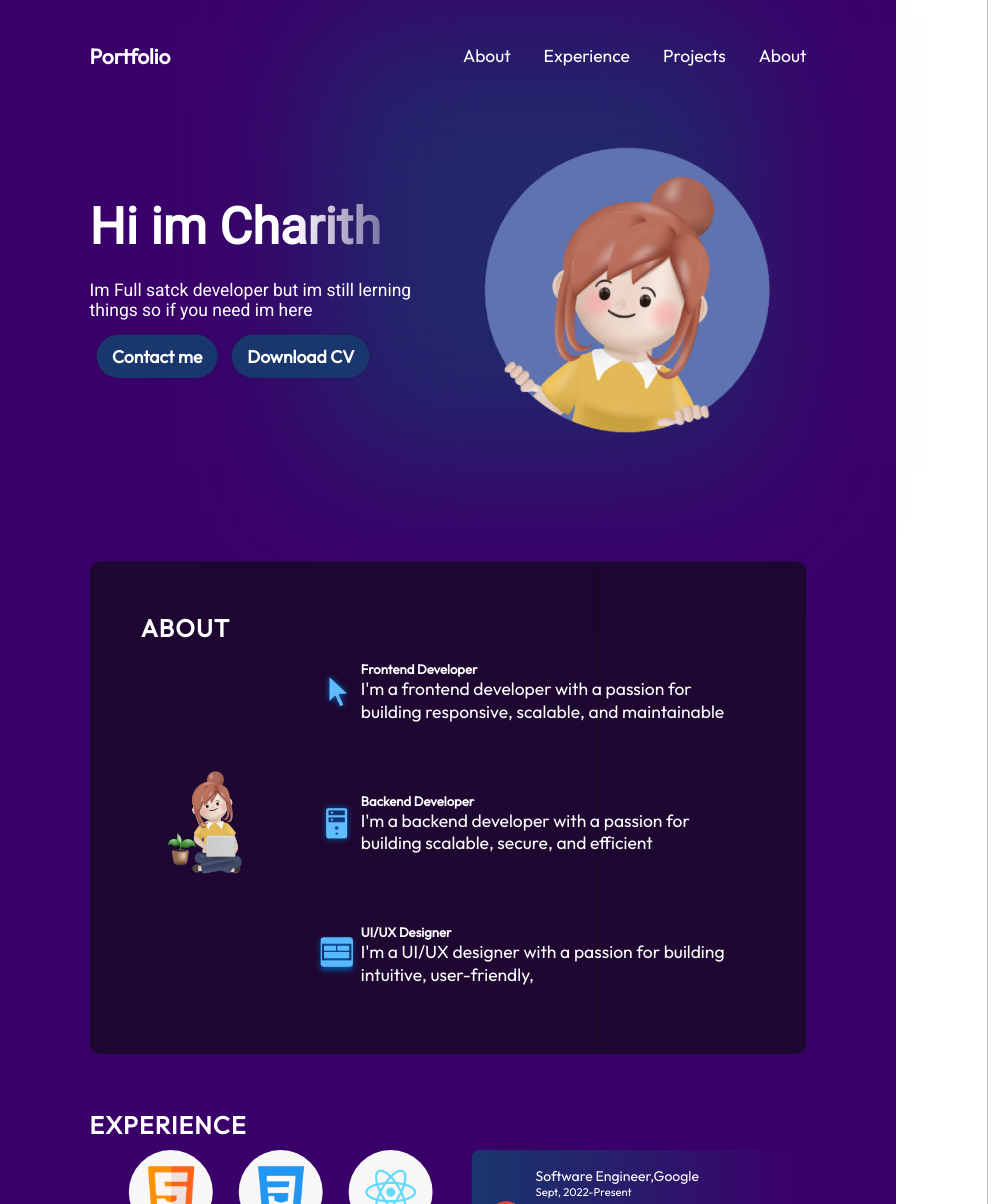
Repository: Charith117/react_portfolio
Page: / (app in react-portfolio/)
An editor plug-in stored every save of this project. The page is shown before and after a run of saves, followed by the edit.
The browser window is 1280 px wide. The page is 1411 px wide, then 1431 px, so the pictures cover 1431 px, including what lies to the right of the window. The pictures show the part of the page from y = 0 to 1720 px (the page is 2733 px tall), at 70% of full size.
The project was rebuilt for these pictures with package versions that can differ from the ones it lists, and the page was loaded fresh each time. Also part of the build but not shown: react-portfolio/vite.config.js.

Above is the page before, as saved 2024-06-17 21:03:04.

### react-portfolio/index.html
<!doctype html>
<html lang="en">
  <head>
    <meta charset="UTF-8" />
    <link rel="icon" type="image/svg+xml" href="/vite.svg" />
    <meta name="viewport" content="width=device-width, initial-scale=1.0" />
    <title>My portfolio</title>
  </head>
  <body>
    <div id="root"></div>
    <script type="module" src="/src/main.jsx"></script>
  </body>
</html>

### react-portfolio/src/main.jsx
import React from 'react'
import ReactDOM from 'react-dom/client'
import App from './App.jsx'
import './index.css'
import "@fontsource/outfit"
import "@fontsource/roboto"
ReactDOM.createRoot(document.getElementById('root')).render(
  <React.StrictMode>
    <App />
  </React.StrictMode>,
)

### react-portfolio/src/App.jsx
import styles from "./App.module.css"
import About from "./components/About/About"
import Experience from "./components/Experience/Experience"
import Hero from "./components/Hero/Hero"
import Navbar from "./components/Navbar/Navbar"
import { Projects } from "./components/Projects/Projects"
function App() {


  return (
    <>
      <div className={styles.App}>
        <Navbar />
        <Hero/>
        <About/>
        <Experience/>
        <Projects/>
      </div>
    </>
  )
}

export default App

### react-portfolio/src/index.css
*{
  box-sizing: border-box;
  margin: 0;
  padding: 0;
  font-family: "outfit",Arial,Helvetica,sans-serif;
}
html{
  scroll-behavior: smooth;
}

### react-portfolio/src/App.module.css
@import "./var.css";

.App{
    background-color:var(--color-bg);
    width: 100%;
    height: 100%;

}

### react-portfolio/src/components/About/About.jsx
import React from 'react'
import styles from "./About.module.css"
import {getImageUrl} from "../../util";

const About = () => {
  return (
    <section className={styles.container}id='about'>
        <h2 className={styles.title}>about</h2>
        <div className={styles.content}>
            <img className={styles.aboutImage} src={getImageUrl("about/aboutImage.png")} alt="mMe sitting with the laptop" />
            <ul className={styles.aboutItems}>
                <li className={styles.aboutItem}>
                    <img src={getImageUrl("about/cursorIcon.png")} alt="cursor icon" />
                    <div className={styles.aboutItemText}>
                        <h3>Frontend Developer</h3>
                        <p>I'm a frontend developer with a passion for building responsive, scalable, and maintainable</p>
                    </div>
                </li>

                <li className={styles.aboutItem} >
                    <img src={getImageUrl("about/serverIcon.png")} alt="cursor icon" />
                    <div className={styles.aboutItemText}>
                        <h3>Backend Developer</h3>
                        <p>I'm a backend developer with a passion for building scalable, secure, and efficient</p>

                    </div>
                </li>

                <li className={styles.aboutItem}>
                    <img src={getImageUrl("about/uiIcon.png")} alt="cursor icon" />
                    <div className={styles.aboutItemText}>
                        <h3>UI/UX Designer</h3>
                        <p>I'm a UI/UX designer with a passion for building intuitive, user-friendly,</p>
                    </div>
                </li>
            </ul>
        </div>
    </section>
  )
}

export default About

### react-portfolio/src/components/Experience/Experience.jsx
import React from 'react'
import skills from "../../data/skills.json"
import history from "../../data/history.json"
import styles from "./Experience.module.css"
import { getImageUrl } from '../../util'
const Experience = () => {
  return (

    <section className={styles.container} id='experience'>
        <h2 className={styles.title}>Experience</h2>
        <div className={styles.content}>
            <div className={styles.skills}>
              { skills.map((skill, id)=>{
                    return (
                    <div key={id} className={styles.skill}>
                                <div className={styles.skillImageContainer}><img src={getImageUrl(skill.imageSrc)} alt={skill.title} />

                                </div>
                                <p>{skill.title}</p>
                         </div>

                         );
               })}
            </div>
            <ul className={styles.history}>
                {
                    history.map((historyItem,id)=>{
                        return <li key={id} className={styles.historyItem}>
                                <img src={getImageUrl(historyItem.imageSrc)}
                                alt={`${historyItem.organisation}Logo`} />

                                <div className={styles.historyItemDetails}>
                                    <h3>{`${historyItem.role},${historyItem.organisation}`}</h3>
                                    <p>{`${historyItem.startDate}-${historyItem.endDate}`}</p>
                                    <ul>
                                        {historyItem.experiences.map((experience,id)=>{
                                            return <li key={id}>{experience}</li>
                                        })}
                                    </ul>
                                </div>
                        </li>
                    })
                }
            </ul>
        </div>
    </section>
  )
}

export default Experience

### react-portfolio/src/components/Hero/Hero.jsx
import React from 'react'
import styles from "./Hero.module.css";
import {getImageUrl} from"../../util";

const Hero = () => {
  return (
    <section className={styles.container}>
    <div className={styles.content}>
        <h1 className={styles.title}>Hi im Charith</h1>
        <p className={styles.description}>
            Im Full satck developer but im still lerning things so if you need im here
        </p>


     <div class="buttonContainer">
         <a href="mailto:jayanithacharith7@gmail.com" class={styles.contactBtn}>Contact me</a>
          <a href="path/to/your/CV.pdf" download class={styles.downloadBtn}>Download CV</a>
    </div>

    </div>
    <img className={styles.heroImg} src={getImageUrl("hero/heroImage.png")} alt="Her" />
    <div className={styles.topBlur}></div>
    <div className={styles.bottomBlur}></div>
  </section>
  );

};

export default Hero

### react-portfolio/src/components/Navbar/Navbar.jsx
import React,{useState} from 'react';
import styles from "./Navbar.module.css";

import{getImageUrl} from "../../util";

const Navbar = () => {

const[menuOpen,setMenuOpen]=useState(false);



  return <nav className={styles.navbar}>
    <a className={styles.title} href="/">Portfolio</a>

    <div className={styles.menu}>
        <img className={styles.menuBtn}
        src={
          menuOpen
          ? getImageUrl("nav/closeIcon.png")
          : getImageUrl("nav/menuIcon.png")
          }
          onClick={()=>setMenuOpen(!menuOpen)}

          />
        <ul
        className={`${styles.menuitems} ${menuOpen && styles.menuOpen}`}
          onclick={()=>setMenuOpen(false)}
        >
                 <li>
                      <a href="#about">About</a>
                </li>
                 <li>
                      <a href="#experience">Experience</a>
                </li>
                <li>
                      <a href="#projects">Projects</a>
                </li>
                 <li>
                     <a href="#about">About</a>
                </li>
        </ul>
    </div>
  </nav>
}

export default Navbar

### react-portfolio/src/components/Projects/Projects.jsx
import React from 'react'
import styles from "./Projects.module.css"
import Project from "../../data/project.json"
import {ProjectCard} from "./ProjectCard"


export const Projects = () => {
  return (
    <section className={styles.container}>
        <h2 className={styles.title}>Projects</h2>
        <div className={styles.projects}>
          {Project.map((project,id)=>{
            return <ProjectCard key={id} project={project}/>;
          })}
        </div>
    </section>
  )
}

### react-portfolio/src/var.css
:root{
    /* colors */
    --color-text:#fff;
    --color-primary:#19376d;
    --color-secondary:#f7f7f7;
    --color-dark:#0b2447;
    --color-bg:#3a006a;


    /* fonts */
    --font-roboto:"Roboto";

}

### react-portfolio/src/components/About/About.module.css
@import "../../var.css";


.container{
    position:relative;
    background-color: rgba(12, 12, 12,0.6);
    border-radius: 15px;
    padding: 73px;
    margin-top: 129px;
    z-index: 1;
    margin-left: 10%;
    margin-right: 10%;
}

.title{
    color: var(--color-text);
    font-size: 35px;
    font-weight: 700;
    letter-spacing: 1.75px;
    text-transform: uppercase;
}

.content{
    display: flex;
    flex-direction: row;
    align-items: center;
}
.aboutImage{
    width: 25%;
}

.aboutItems{
    color:var(--color-text);
    display: flex;
    flex-direction:  column;
    gap: 50px;

}

.aboutItem{
    display:flex;
    flex-direction: row;
    align-items: center;
    border-radius:20px;
    list-style: none;
    padding: 25px;
    background-image: linear-gradient(90deg,
    rgba(165,215,232,0.42)0%,
    rgba(225,225,225,0)100%

    );

    background-size: 0 100%;
    background-repeat: no-repeat;
    transition:0.4s;

}

.aboutItem:hover{
background-size:100% 100%;

}

.about{
    font-size: 25px;
    font-weight: 600;
}

.aboutItem p{
    font-size: 25px;

}

@media screen and (max-width :830px){
  .container{
    background-color:transparent;
    padding-left: 0;
    padding-right: 0;

  }

  .content{
    font-display: column;

  }
  .aboutImage{
    display: none;
  }
  .aboutItems{
    margin-top: 29px;
  }
  .aboutItem{
    padding-left: 0;
  }

}

### react-portfolio/src/util.js
export const getImageUrl=(path)=>{
    return new URL(`/assets/${path}`,import.meta.url).href;
}

### react-portfolio/src/components/Experience/Experience.module.css
@import "../../var.css";


.container{
    color:var(--color-text);
    margin-top: 79px;
    margin-left: 10%;
    margin-right: 10%;
}

.title{
    color:var(--color-text);
    font-size: 35px;
    font-weight: 700;
    letter-spacing: 1.75px;
    text-transform: uppercase;
}

.content{
    display: flex;
    flex-direction:row ;
    justify-content: space-evenly;
    margin-top: 14px;
}
.skills{
    width: 50%;
    display: flex;
    flex-wrap:wrap;
    gap:37px;
    justify-content: center;


}

.skill{
     display: flex;
     flex-direction: column;
     align-items: center;
     gap: 11px;
}

.skillImageContainer{
    background-color:var(--color-secondary) ;
    border-radius: 100%;
    display: flex;
    align-items: center;
    justify-content: center;
    width: 120px;
    height: 120px;
}

.skillImageContainer img{

width: 75px;

}
.skill p{
    font-size: 25px;
    font-family:var(--font-roboto);
    font-weight: 500;
}

.history{
    width: 45%;
    display: flex;
    flex-direction: column;
    gap: 40px;
}

.historyItem{
    display:flex;
    flex-direction: row;
    align-items:center;
    gap:17px;
    background: #19376d;
    background: linear-gradient(90deg,#19376d 0%,rgba(25,55,100,0)100%);
    border-radius: 10px;
    padding: 24px;
}
.history img{
    width: 50px;

}

.historyItemDetails{
    font-family:var(--font-roboto);
}
.historyItemDetails h3{
    font-size: 30px;
    font-weight: 500;
}
.historyItemDetails h3{
    font-size: 20px;
    font-weight: 300;
}
.historyItemDetails ul{
    margin-top: 6px;
    list-style-position: inside;
    font-size: 25px;
    list-style-type: disc;
    margin-left: 17px;

}

@media screen and (max-width:830px){

    .content{

     flex-direction:column;
     align-items:center;
     gap: 34px;
    }


    .skills{
        width: 100px;
        flex-direction: row;
        justify-content: center;


    }
    .history{
        width: 100%;
        gap: 9px;

    }
    .title{
        text-align: center;
    }
}

### react-portfolio/src/components/Hero/Hero.module.css
@import "../../var.css";

.container{

    position: relative;
    display: flex;
    align-items: center;
    justify-content: space-between;
    margin-top:49px;
    z-index: 1;
    margin-left: 10%;
    margin-right: 10%;


}

.content{
    display: flex;
    flex-direction: column;
    align-items:flex-start;
    color:var(--color-text);
    z-index: 1;
}
.title{
    font-size: 72px;
    font-weight: 900;
    margin-bottom: 33px;
    font-family: var(--font-roboto);
    background :linear-gradient(90deg,rgba(255,255,255,1)70%,
    rgba(255,255,255,0)120%);

    -webkit-text-fill-color:transparent;
    -webkit-background-clip: text ;
}
.description{
    font-size: 25px;
    font-family: var(--font-roboto);
    margin-bottom: 20px;

}
.contactBtn, .downloadBtn {
    text-decoration: none;
    background-color: var(--color-primary);
    color: var(--color-text);
    border-radius: 100px;
    font-size: 25px;
    font-weight: 600;
    padding: 15px 22px;
    box-shadow: 0 0 4px 0 rgba(0, 0, 0, 0.25);
    display: inline-block; /* Ensure it behaves like a button */
    margin: 0 10px;

}

.downloadBtn:hover{
    color:rgb(53, 52, 53);
    background-color:blanchedalmond;
}
.contactBtn:hover{
    color:rgb(53, 52, 53);
    background-color:blanchedalmond;
}



.buttonContainer{
    display: flex;

    align-items: center;
}
.heroImg{
    width: 50%;
    z-index: 1;


    animation: floating 3s ease-in-out infinite;
}

@keyframes floating{
    0%{
        transform: translate(0,0px);
    }
    50%{
        transform: translate(0,10px);
    }

    100%{
        transform: translate(0,-0px);
    }


}
.topBlur{
    position: absolute;
    width: 50vw;
    height: 50vw;
    min-width: 350px;
    min-height: 350px;
    top: -120px;
    left: 25vw;
    background-repeat: 500px;
    background:rgba(25, 55, 109, 0.7);
    filter:blur(100px);
    z-index: 0;

}
/* .bottomBlur{
    position: absolute;
    width: 70vw;
    height: 50vw;
    min-width: 350px;
    min-height: 250px;
    top: 264px;
    left: -25vw;
    background-repeat: 764px;
    background:rgba(25, 55, 109, 0.7);
    filter:blur(100px);
    z-index: 0;
    overflow: hidden;

} */

@media screen and (max-width:830px) {
    .container{
        flex-direction:column-reverse;
    }
    .content{
        align-items:center;
    }
    .title{
        font-size: 50px;
        font-weight: 900;
        margin-bottom: 33px;
        font-family: var(--font-roboto);
        background :linear-gradient(90deg,rgba(255,255,255,1)70%,
        rgba(255,255,255,0)120%);

        -webkit-text-fill-color:transparent;
        -webkit-background-clip: text ;
    }

    .contactBtn, .downloadBtn {
        text-decoration: none;
        background-color: var(--color-primary);
        color: var(--color-text);
        border-radius: 100px;
        font-size: 18px;
        font-weight: 600;
        padding: 12px 20px;
        box-shadow: 0 0 4px 0 rgba(0, 0, 0, 0.25);
        display: inline-block; /* Ensure it behaves like a button */
        margin: 0 5px;
        margin-top: 5px;
    }
}

### react-portfolio/src/components/Navbar/Navbar.module.css
@import "../../var.css";

.navbar{

    position: relative;
    display: flex;
    align-items: center;
    justify-content: space-between;
    padding-top: 61px;
    z-index: 2;
    margin: 0 10%;
}
.title{
    font-size:30px;
    font-weight: 600;
    text-decoration: none;
    color:var(--color-text);

}
.menu{
    display: flex;

}
.menuitems{
    display:flex;
    gap: 47px;
    list-style: none;
}
.menuitems a{
    font-size: 25px;
    text-decoration: none;
    color:var(--color-text);
}
.menuBtn{
    display: none;


}


@media screen and (max-width: 830px){
    .navbar{
        flex-direction: column;
        align-items:flex-start;
    }

    .menu{
        position: absolute;
        right: 0;
        margin-right: 10%;
        flex-direction: column;
        align-items:flex-end;
        gap: 11px;
        z-index: 3;
    }
    .menuBtn{
        display: block;
        cursor: pointer;

    }
    .menuitems{
        display: none;
        flex-direction: column;
        align-items: center;
        gap: 13px;
        border-radius:10px;
        padding: 5px;
        background:rgb(25,55,109);




    }
    .menuOpen{
        display: flex;
        z-index: 1;
    }
}

### react-portfolio/src/components/Projects/Projects.module.css
@import "../../var.css";


.container{
    margin-top: 76px;
    color: var(--color-text);
    margin-left: 10%;
    margin-right: 10%;
}
.title{
    font-size: 35px;
    font-weight: 700;
    letter-spacing: 1.75px;
    text-transform: uppercase;
}

.projects{
    margin-top: 37px;
    display: flex;
    flex-direction: row;
    font-weight: wrap;
    align-items: center;
    justify-content:center;
   gap: 15px;
   width: 100%;

}

### react-portfolio/src/components/Projects/ProjectCard.jsx
import React from 'react'
import styles from "./ProjectCard.module.css"
import {getImageUrl} from "../../util"

export const ProjectCard = ({project:{title,imageSrc,description,demo,source,skills}}) => {
  return (
    <div className={styles.container}>
          <img
          className={styles.Image}
          src={getImageUrl(imageSrc)} alt={`image of${title}`}/>
          <h3 className={styles.title}>{title}</h3>
          <p className={styles.description}>{description}</p>

          <ul className={styles.skills}>
            {skills.map((skill,id)=>{
              <li className={styles.skill} key={id}>{skill}</li>
            })}
          </ul>

          <div className={styles.links}>
            <a href={demo}>className={styles.link}Demo</a>
            <a href={source}className={styles.link}></a>
          </div>
  </div>
   );
};

### react-portfolio/src/components/Projects/ProjectCard.module.css
@import "../../var.css";


.container{
    display: flex;
    font-display: column;
    background-repeat: 10px;
    background: linear-gradient(180deg,#576cbc 0%,#132a53 100%);
    box-shadow: 1 16px 14px 0 #04152d;
    padding: 18px 24px;
    min-width: 345px;


}
.iamge{
    margin-bottom: 26px;

}
.title{
    f
}

Loaded but not shown: react-portfolio/src/data/skills.json (common file); react-portfolio/src/data/history.json (common file); react-portfolio/src/data/project.json (common file)

After the next 3 saves:
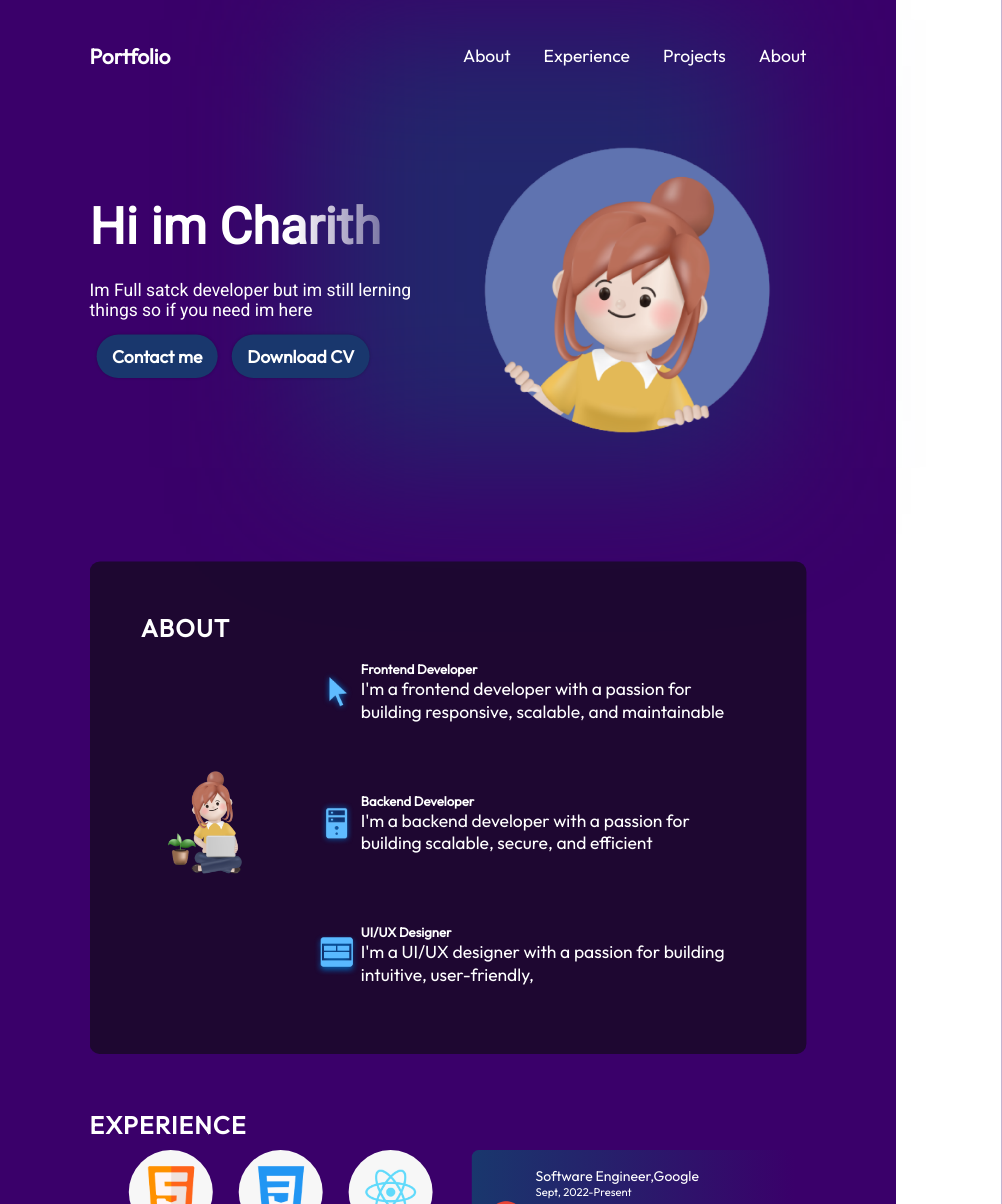
The 3 saves are shown as one change because they came seconds apart.
The last was saved 8 s later.
--- a/react-portfolio/src/components/Projects/ProjectCard.module.css
+++ b/react-portfolio/src/components/Projects/ProjectCard.module.css
@@ -17,5 +17,6 @@
 
 }
 .title{
-    f
+    font-size: 25px;
+    hw: 700px;
 }
